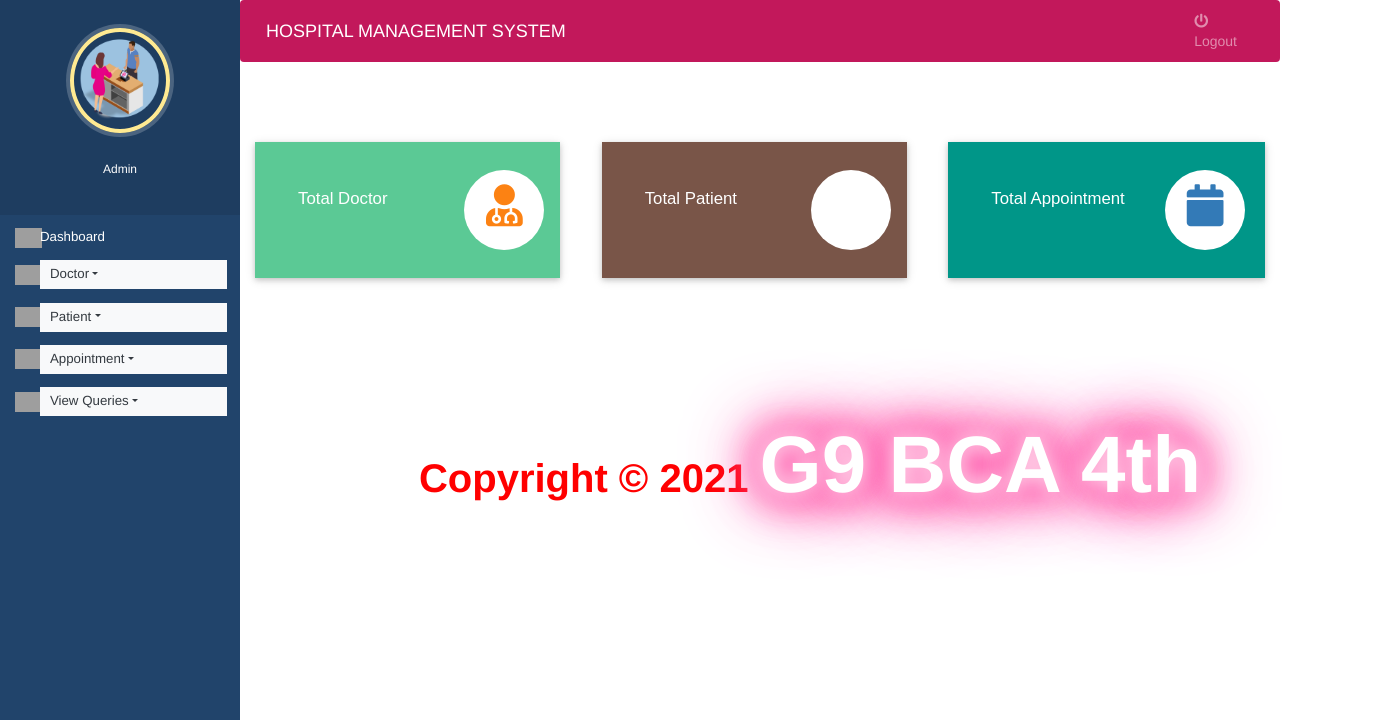
Repository: Rojinachhetri/HospitalManagementsystem
Page: hospitals/templates/admin_home.html
These files come from the project's save history. The page is drawn as it stood at one moment and after the next save; the edit follows.
The browser window is 1280 px wide. The page is 1380 px wide, so the pictures cover 1380 px, including what lies to the right of the window. The pictures show the whole page.
Pictures or frames that could not be fetched are drawn as grey boxes. Some web libraries are served in a nearby version. The page is served by the project's application, run on Django 3.2 (manage.py). Other server files are loaded and not shown. The template is opened directly, without the code that normally fills it, so the values that code supplies are empty.

Above is the page before, as saved 2023-07-15 21:24:04.

### hospitals/templates/admin_home.html
{% extends 'admin_nav.html' %} {% load static %} {% block content %}

<html lang="en" dir="ltr">

<head>
    <meta charset="utf-8">

    <style media="screen">
        .market-update-block {
            padding: 2em 2em;
            background: #999;
        }

        .market-update-block h3 {
            color: #fff;
            font-size: 2.5em;
            font-family: 'Carrois Gothic', sans-serif;
        }

        .market-update-block h4 {
            font-size: 1.2em;
            color: #fff;
            margin: 0.3em 0em;
            font-family: 'Carrois Gothic', sans-serif;
        }

        .market-update-block p {
            color: #fff;
            font-size: 0.8em;
            line-height: 1.8em;
        }

        .market-update-block.clr-block-1 {
            background: #5BC995;
            margin-right: 0.8em;
            box-shadow: 0 2px 5px 0 rgba(0, 0, 0, 0.16), 0 2px 10px 0 rgba(0, 0, 0, 0.12);
            transition: 0.5s all;
            -webkit-transition: 0.5s all;
            -moz-transition: 0.5s all;
            -o-transition: 0.5s all;
        }

        .market-update-block.clr-block-2 {
            background: #795548;
            margin-right: 0.8em;
            box-shadow: 0 2px 5px 0 rgba(0, 0, 0, 0.16), 0 2px 10px 0 rgba(0, 0, 0, 0.12);
            transition: 0.5s all;
            -webkit-transition: 0.5s all;
            -moz-transition: 0.5s all;
            -o-transition: 0.5s all;
        }

        .market-update-block.clr-block-3 {
            background: #009688;
            box-shadow: 0 2px 5px 0 rgba(0, 0, 0, 0.16), 0 2px 10px 0 rgba(0, 0, 0, 0.12);
            transition: 0.5s all;
            -webkit-transition: 0.5s all;
            -moz-transition: 0.5s all;
            -o-transition: 0.5s all;
        }

        .market-update-block.clr-block-1:hover {
            background: #3C3C3C;
            transition: 0.5s all;
            -webkit-transition: 0.5s all;
            -moz-transition: 0.5s all;
            -o-transition: 0.5s all;
        }

        .market-update-block.clr-block-2:hover {
            background: #3C3C3C;
            transition: 0.5s all;
            -webkit-transition: 0.5s all;
            -moz-transition: 0.5s all;
            -o-transition: 0.5s all;
        }

        .market-update-block.clr-block-3:hover {
            background: #3C3C3C;
            transition: 0.5s all;
            -webkit-transition: 0.5s all;
            -moz-transition: 0.5s all;
            -o-transition: 0.5s all;
        }

        .market-update-right i.fa.fa-user-o {
            font-size: 3em;
            color: #68AE00;
            width: 80px;
            height: 80px;
            background: #fff;
            text-align: center;
            border-radius: 49px;
            -webkit-border-radius: 49px;
            -moz-border-radius: 49px;
            -o-border-radius: 49px;
            line-height: 1.7em;
        }

        .market-update-right i.fa.fa-user-md {
            font-size: 3em;
            color: #FC8213;
            width: 80px;
            height: 80px;
            background: #fff;
            text-align: center;
            border-radius: 49px;
            -webkit-border-radius: 49px;
            -moz-border-radius: 49px;
            -o-border-radius: 49px;
            line-height: 1.7em;
        }

        .market-update-right i.fa.fa-calendar {
            font-size: 3em;
            color: #337AB7;
            width: 80px;
            height: 80px;
            background: #fff;
            text-align: center;
            border-radius: 49px;
            -webkit-border-radius: 49px;
            -moz-border-radius: 49px;
            -o-border-radius: 49px;
            line-height: 1.7em;
        }

        .market-update-left {
            padding: 0px;
        }

        .glow {
            font-size: 80px;
            color: #fff;
            text-align: center;
            -webkit-animation: glow 1s ease-in-out infinite alternate;
        }

        @-webkit-keyframes glow {
            from {
                text-shadow: 0 0 10px #fff, 0 0 20px #fff, 0 0 30px #e60073, 0 0 40px #e60073, 0 0 50px #e60073, 0 0 60px #e60073, 0 0 70px #e60073;
            }
            to {
                text-shadow: 0 0 20px #fff, 0 0 30px #ff4da6, 0 0 40px #ff4da6, 0 0 50px #ff4da6, 0 0 60px #ff4da6, 0 0 70px #ff4da6, 0 0 80px #ff4da6;
            }
        }
    </style>
    <link rel="stylesheet" href="https://maxcdn.bootstrapcdn.com/bootstrap/3.4.1/css/bootstrap.min.css">
    <script src="https://ajax.googleapis.com/ajax/libs/jquery/3.5.1/jquery.min.js"></script>
    <script src="https://maxcdn.bootstrapcdn.com/bootstrap/3.4.1/js/bootstrap.min.js"></script>
    <link rel="stylesheet" href="https://cdnjs.cloudflare.com/ajax/libs/font-awesome/4.7.0/css/font-awesome.min.css">
    <link rel="stylesheet" href="https://use.fontawesome.com/releases/v5.6.3/css/all.css" integrity="sha384-UHRtZLI+pbxtHCWp1t77Bi1L4ZtiqrqD80Kn4Z8NTSRyMA2Fd33n5dQ8lWUE00s/" crossorigin="anonymous">
</head>

<body>
    <br><br><br>
    <div class="market-updates">
        <div class="col-md-4 market-update-gd">
            <div class="market-update-block clr-block-1">
                <div class="col-md-8 market-update-left">
                    <h3>{{dc}}</h3>
                    <h4><a href="{% url 'view_doctor' %}" style="color : white">Total Doctor</a></h4>

                </div>
                <div class="col-md-4 market-update-right">
                    <i class="fa fa-user-md"></i>
                </div>
                <div class="clearfix"> </div>
            </div>
        </div>
        <div class="col-md-4 market-update-gd">
            <div class="market-update-block clr-block-2">
                <div class="col-md-8 market-update-left">
                    <h3>{{pc}}</h3>
                    <h4><a href="{% url 'view_patient' %}" style="color : white;">Total Patient</a></h4>

                </div>
                <div class="col-md-4 market-update-right">
                    <i class="fa fa-user-o"></i>
                </div>
                <div class="clearfix"> </div>
            </div>
        </div>
        <div class="col-md-4 market-update-gd">
            <div class="market-update-block clr-block-3">
                <div class="col-md-8 market-update-left">
                    <h3>{{ac}}</h3>
                    <h4><a href="{% url 'view_appointment' %}" style="color : white">Total Appointment</a></h4>

                </div>
                <div class="col-md-4 market-update-right">
                    <i class="fa fa-calendar"> </i>
                </div>
                <div class="clearfix"> </div>
            </div>
        </div>
        <div class="clearfix"> </div>
    </div>

    <br><br><br><br><br>
    <footer class="container mt-5 text-center">
        <p style="font-size: 30pt; color: red; font-weight: bold">
            Copyright &copy;
            <script>
                document.write(new Date().getFullYear());
            </script>

            <a class="glow" href="#" target="_blank">G9 BCA 4th</a></p>
    </footer>

</body>

</html>
{% endblock content %}

### hospitals/templates/admin_nav.html
<!DOCTYPE html>
{% load static %}
<html lang="en">

<head>
  <meta charset="UTF-8">
  <link rel="stylesheet" href="https://stackpath.bootstrapcdn.com/bootstrap/4.3.1/css/bootstrap.min.css">
  <link rel="stylesheet" href="https://maxcdn.bootstrapcdn.com/font-awesome/4.7.0/css/font-awesome.min.css">
  <script src="https://ajax.googleapis.com/ajax/libs/jquery/3.3.1/jquery.min.js"></script>
  <script src="https://cdnjs.cloudflare.com/ajax/libs/popper.js/1.14.7/umd/popper.min.js"></script>
  <script src="https://stackpath.bootstrapcdn.com/bootstrap/4.3.1/js/bootstrap.min.js"></script>


  <link rel="stylesheet" href="{% static 'style.css' %}">


  <style media="screen">
    a:link {
      text-decoration: none;
    }

    a {
      color: white;
    }

    a:hover {
      color: white;
    }

    body {

      padding-left: 240px;
    }
    main {
      position: relative;
      height: 100vh;
    }

    .menu {
      background: #21446B;
      height: 100vh;
      width: 240px;
      position: fixed;
      top: 0px;
      left: 0;
      z-index: 5;
      outline: none;
    }
    .menu .avatar {
      background: rgba(0, 0, 0, 0.1);
      padding: 2em 0.5em;
      text-align: center;
    }
    .menu .avatar img {
      width: 100px;
      border-radius: 50%;
      overflow: hidden;
      border: 4px solid #ffea92;
      box-shadow: 0 0 0 4px rgba(255, 255, 255, 0.2);
    }
    .menu .avatar h2 {
      font-weight: normal;
      margin-bottom: 0;
    }
    .menu ul {
      list-style: none;
      padding: 0.5em 0;
      margin: 0;
    }
    .menu ul li {
      padding: 0.5em 1em 0.5em 3em;
      font-size: 0.95em;
      font-weight: regular;
      background-repeat: no-repeat;
      background-position: left 15px center;
      background-size: auto 20px;
      transition: all 0.15s linear;
      cursor: pointer;
    }
    .menu ul li.icon-dashboard {
      background-image: url("http://www.entypo.com/images//gauge.svg");
    }
    .menu ul li.icon-customers {
      background-image: url("http://www.entypo.com/images//briefcase.svg");
    }
    .menu ul li.icon-users {
      background-image: url("http://www.entypo.com/images//users.svg");
    }
    .menu ul li.icon-calendar {
      background-image: url("http://www.entypo.com/images//calendar.svg");
    }

    .menu ul li:hover {
      background-color: rgba(0, 0, 0, 0.1);
    }
    .menu ul li:focus {
      outline: none;
    }
    @media screen and (max-width: 900px) and (min-width: 400px) {
      body {
        padding-left: 90px;
      }
      .menu {
        width: 90px;
      }
      .menu .avatar {
        padding: 0.5em;
        position: relative;
      }
      .menu .avatar img {
        width: 60px;
      }
      .menu .avatar h2 {
        opacity: 0;
        position: absolute;
        top: 50%;
        left: 100px;
        margin: 0;
        min-width: 200px;
        border-radius: 4px;
        background: rgba(0, 0, 0, 0.4);
        transform: translate3d(-20px, -50%, 0);
        transition: all 0.15s ease-in-out;
      }
      .menu .avatar:hover h2 {
        opacity: 1;
        transform: translate3d(0px, -50%, 0);
      }
      .menu ul li {
        height: 60px;
        background-position: center center;
        background-size: 30px auto;
        position: relative;
      }
      .menu ul li span {
        opacity: 0;
        position: absolute;
        background: rgba(0, 0, 0, 0.5);
        padding: 0.2em 0.5em;
        border-radius: 4px;
        top: 50%;
        left: 80px;
        transform: translate3d(-15px, -50%, 0);
        transition: all 0.15s ease-in-out;
      }
      .menu ul li span:before {
        content: '';
        width: 0;
        height: 0;
        position: absolute;
        top: 50%;
        left: -5px;
        border-top: 5px solid transparent;
        border-bottom: 5px solid transparent;
        border-right: 5px solid rgba(0, 0, 0, 0.5);
        transform: translateY(-50%);
      }
      .menu ul li:hover span {
        opacity: 1;
        transform: translate3d(0px, -50%, 0);
      }
    }
    @media screen and (max-width: 400px) {
      body {
        padding-left: 0;
      }
      .menu {
        width: 230px;
        box-shadow: 0 0 0 100em rgba(0, 0, 0, 0);
        transform: translate3d(-230px, 0, 0);
        transition: all 0.3s ease-in-out;
      }
      .menu .smartphone-menu-trigger {
        width: 40px;
        height: 40px;
        position: absolute;
        left: 100%;
        background: #21446B;
      }
      .menu .smartphone-menu-trigger:before,
      .menu .smartphone-menu-trigger:after {
        content: '';
        width: 50%;
        height: 2px;
        background: #fff;
        border-radius: 10px;
        position: absolute;
        top: 45%;
        left: 50%;
        transform: translate3d(-50%, -50%, 0);
      }
      .menu .smartphone-menu-trigger:after {
        top: 55%;
        transform: translate3d(-50%, -50%, 0);
      }
      .menu ul li {
        padding: 1em 1em 1em 3em;
        font-size: 1.2em;
      }
      .menu:focus {
        transform: translate3d(0, 0, 0);
        box-shadow: 0 0 0 100em rgba(0, 0, 0, 0.6);
      }
      .menu:focus .smartphone-menu-trigger {
        pointer-events: none;
      }
    }

  </style>
</head>
<body>
  <!-- partial:index.partial.html -->
  <nav class="menu" tabindex="0">
    <div class="smartphone-menu-trigger"></div>
    <header class="avatar">
      <img src="{% static 'images/h8.png' %}" />
      <br><br>
      <h6 style="color : white">Admin</h6>

    </header>
    <ul>
      <li tabindex="0" class="icon-dashboard"> <a style="color:white; text-decoration:none;" href="{% url 'admin_home' %}"><span>Dashboard</span></a> </li>

      <li tabindex="0" class="nav-item dropdown icon-customers">
        <a href="" class="nav-link dropdown-toggle text-dark bg-light" id="navbardrop"
				data-toggle="dropdown" style="color:white; text-decoration:none;"> Doctor</a>
				<div class="dropdown-menu">
					<a href="{% url 'add_doctor' %}" class="dropdown-item">Add Doctor</a>
					<a href="{% url 'view_doctor' %}" class="dropdown-item">View Doctor</a>
				</div>
      </li>

      <li tabindex="0" class="nav-item dropdown icon-users">
        <a href="" class="nav-link dropdown-toggle text-dark bg-light" id="navbardrop"
				data-toggle="dropdown" style="color:white; text-decoration:none;"> Patient</a>
				<div class="dropdown-menu">
					<a href="{% url 'add_patient' %}" class="dropdown-item">Add Patient</a>
					<a href="{% url 'view_patient' %}" class="dropdown-item">View Patient</a>
				</div>
      </li>

      <li tabindex="0" class="nav-item dropdown icon-calendar">
        <a href="" class="nav-link dropdown-toggle text-dark bg-light" id="navbardrop"
				data-toggle="dropdown" style="color:white; text-decoration:none;"> Appointment</a>
				<div class="dropdown-menu">
					<a href="{% url 'add_appointment' %}" class="dropdown-item">Add Appointment</a>
					<a href="{% url 'view_appointment' %}" class="dropdown-item">View Appointment</a>
				</div>
      </li>

        <li tabindex="0" class="nav-item dropdown icon-calendar">
        <a href="" class="nav-link dropdown-toggle text-dark bg-light" id="navbardrop"
				data-toggle="dropdown" style="color:white; text-decoration:none;"> View Queries</a>
				<div class="dropdown-menu">
					<a href="{% url 'unread_queries' %}" class="dropdown-item">Unread Queries</a>
					<a href="{% url 'read_queries' %}" class="dropdown-item">Read Queries</a>
				</div>
      </li>
    </ul>
  </nav>

  <main>
    <!-- nav start -->
    <div class="bs-example">
      <nav class="navbar navbar-expand-md  navbar-dark fixed-top" style="background:#c2185b;">
        <a href="#" class="navbar-brand">HOSPITAL MANAGEMENT SYSTEM</a>
        <button type="button" class="navbar-toggler" data-toggle="collapse" data-target="#navbarCollapse">
          <span class="navbar-toggler-icon"></span>
        </button>
        <div class="collapse navbar-collapse justify-content-between" id="navbarCollapse">
          <div class="navbar-nav" style=" margin-left: 90%;">

            <a href="{% url 'logout' %}" class="nav-item nav-link"><i class="fas fa-power-off"></i> Logout</a>
          </div>
        </div>
      </nav>
    </div>
    <!-- nav end -->

    <!-- content start-->
    {% block content %}

    {% endblock content %}
    <!-- content end-->
  </main>
</body>
</html>

### HospitalManagementSystem/urls.py
"""HospitalManagementSystem URL Configuration

The `urlpatterns` list routes URLs to views. For more information please see:
    https://docs.djangoproject.com/en/3.2/topics/http/urls/
Examples:
Function views
    1. Add an import:  from my_app import views
    2. Add a URL to urlpatterns:  path('', views.home, name='home')
Class-based views
    1. Add an import:  from other_app.views import Home
    2. Add a URL to urlpatterns:  path('', Home.as_view(), name='home')
Including another URLconf
    1. Import the include() function: from django.urls import include, path
    2. Add a URL to urlpatterns:  path('blog/', include('blog.urls'))
"""
from django.contrib import admin
from django.urls import path
from hospitals.views import *

urlpatterns = [
    path('admin/', admin.site.urls),
    path('about/', About, name="about"),
    path('',Index,name='index'),
    path('contact', contact, name='contact'),
    path('login', adminlogin, name='login'),
    path('admin_home', admin_home, name='admin_home'),
    path('logout', Logout, name='logout'),
    path('add_doctor', add_doctor, name='add_doctor'),
    path('view_doctor', view_doctor, name='view_doctor'),
    path('delete_doctor/<int:pid>', Delete_Doctor, name='delete_doctor'),
    path('add_patient', add_patient, name='add_patient'),
    path('view_patient', view_patient, name='view_patient'),
    path('delete_patient/<int:pid>', Delete_Patient, name='delete_patient'),
    path('add_appointment', add_appointment, name='add_appointment'),
    path('view_appointment', view_appointment, name='view_appointment'),
    path('delete_appointment/<int:pid>', Delete_Appointment, name='delete_appointment'),
    path('edit_doctor/<int:pid>',edit_doctor,name='edit_doctor'),
    path('edit_patient/<int:pid>',edit_patient,name='edit_patient'),
    path('unread_queries', unread_queries, name='unread_queries'),
    path('read_queries', read_queries, name='read_queries'),
    path('view_queries/<int:pid>', view_queries, name='view_queries'),

]

### hospitals/static/style.css
body {
  padding-left: 240px;
}
main {
  position: relative;
  height: 100vh;
}

.menu {
  background: #21446B;
  height: 100vh;
  width: 240px;
  position: fixed;
  top: 0px;
  left: 0;
  z-index: 5;
  outline: none;
}
.menu .avatar {
  background: rgba(0, 0, 0, 0.1);
  padding: 2em 0.5em;
  text-align: center;
}
.menu .avatar img {
  width: 100px;
  border-radius: 50%;
  overflow: hidden;
  border: 4px solid #ffea92;
  box-shadow: 0 0 0 4px rgba(255, 255, 255, 0.2);
}
.menu .avatar h2 {
  font-weight: normal;
  margin-bottom: 0;
}
.menu ul {
  list-style: none;
  padding: 0.5em 0;
  margin: 0;
}
.menu ul li {
  padding: 0.5em 1em 0.5em 3em;
  font-size: 0.95em;
  font-weight: regular;
  background-repeat: no-repeat;
  background-position: left 15px center;
  background-size: auto 20px;
  transition: all 0.15s linear;
  cursor: pointer;
}
.menu ul li.icon-dashboard {
  background-image: url("http://www.entypo.com/images//gauge.svg");
}
.menu ul li.icon-customers {
  background-image: url("http://www.entypo.com/images//briefcase.svg");
}
.menu ul li.icon-users {
  background-image: url("http://www.entypo.com/images//users.svg");
}
.menu ul li.icon-calendar {
  background-image: url("http://www.entypo.com/images//calendar.svg");
}

.menu ul li:hover {
  background-color: rgba(0, 0, 0, 0.1);
}
.menu ul li:focus {
  outline: none;
}
@media screen and (max-width: 900px) and (min-width: 400px) {
  body {
    padding-left: 90px;
  }
  .menu {
    width: 90px;
  }
  .menu .avatar {
    padding: 0.5em;
    position: relative;
  }
  .menu .avatar img {
    width: 60px;
  }
  .menu .avatar h2 {
    opacity: 0;
    position: absolute;
    top: 50%;
    left: 100px;
    margin: 0;
    min-width: 200px;
    border-radius: 4px;
    background: rgba(0, 0, 0, 0.4);
    transform: translate3d(-20px, -50%, 0);
    transition: all 0.15s ease-in-out;
  }
  .menu .avatar:hover h2 {
    opacity: 1;
    transform: translate3d(0px, -50%, 0);
  }
  .menu ul li {
    height: 60px;
    background-position: center center;
    background-size: 30px auto;
    position: relative;
  }
  .menu ul li span {
    opacity: 0;
    position: absolute;
    background: rgba(0, 0, 0, 0.5);
    padding: 0.2em 0.5em;
    border-radius: 4px;
    top: 50%;
    left: 80px;
    transform: translate3d(-15px, -50%, 0);
    transition: all 0.15s ease-in-out;
  }
  .menu ul li span:before {
    content: '';
    width: 0;
    height: 0;
    position: absolute;
    top: 50%;
    left: -5px;
    border-top: 5px solid transparent;
    border-bottom: 5px solid transparent;
    border-right: 5px solid rgba(0, 0, 0, 0.5);
    transform: translateY(-50%);
  }
  .menu ul li:hover span {
    opacity: 1;
    transform: translate3d(0px, -50%, 0);
  }
}
@media screen and (max-width: 400px) {
  body {
    padding-left: 0;
  }
  .menu {
    width: 230px;
    box-shadow: 0 0 0 100em rgba(0, 0, 0, 0);
    transform: translate3d(-230px, 0, 0);
    transition: all 0.3s ease-in-out;
  }
  .menu .smartphone-menu-trigger {
    width: 40px;
    height: 40px;
    position: absolute;
    left: 100%;
    background: #21446B;
  }
  .menu .smartphone-menu-trigger:before,
  .menu .smartphone-menu-trigger:after {
    content: '';
    width: 50%;
    height: 2px;
    background: #fff;
    border-radius: 10px;
    position: absolute;
    top: 45%;
    left: 50%;
    transform: translate3d(-50%, -50%, 0);
  }
  .menu .smartphone-menu-trigger:after {
    top: 55%;
    transform: translate3d(-50%, -50%, 0);
  }
  .menu ul li {
    padding: 1em 1em 1em 3em;
    font-size: 1.2em;
  }
  .menu:focus {
    transform: translate3d(0, 0, 0);
    box-shadow: 0 0 0 100em rgba(0, 0, 0, 0.6);
  }
  .menu:focus .smartphone-menu-trigger {
    pointer-events: none;
  }
}

After the next save:
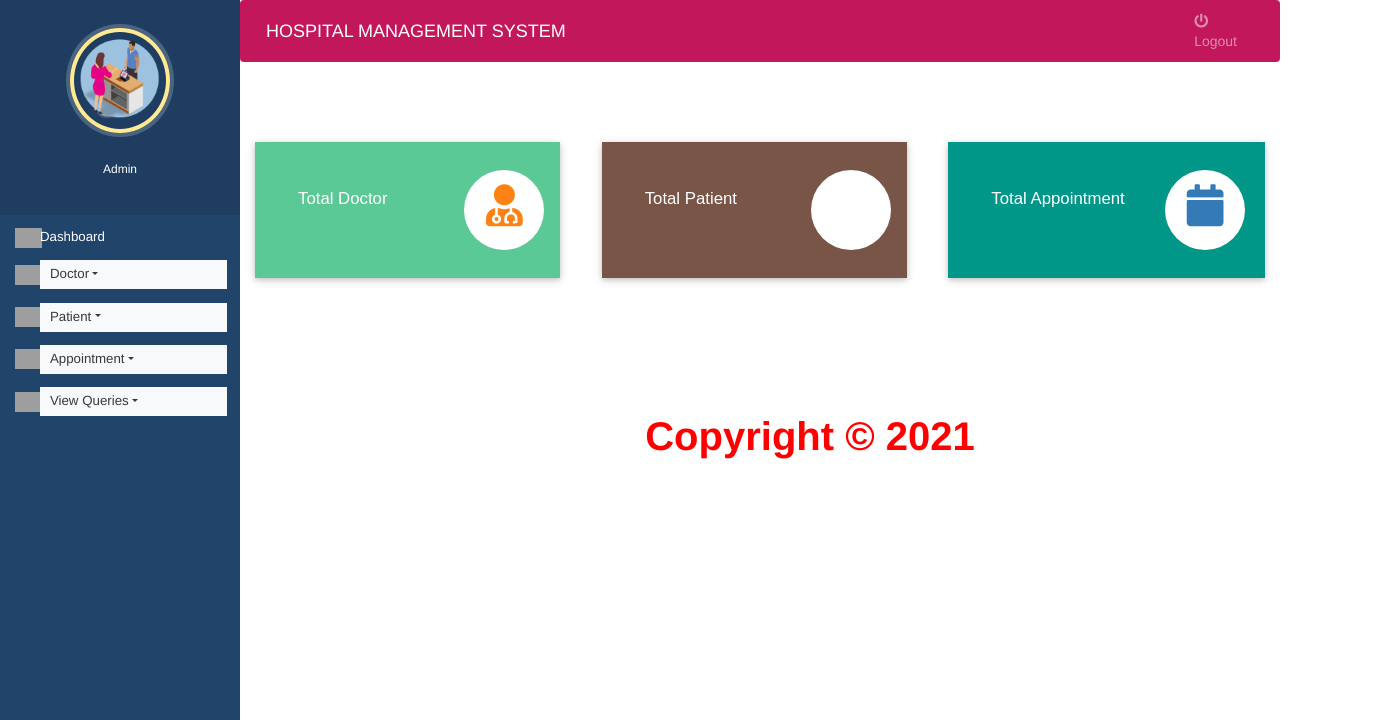
Saved 17 s later.
--- a/hospitals/templates/admin_home.html
+++ b/hospitals/templates/admin_home.html
@@ -205,7 +205,7 @@
                 document.write(new Date().getFullYear());
             </script>
 
-            <a class="glow" href="#" target="_blank">G9 BCA 4th</a></p>
+
     </footer>
 
 </body>
